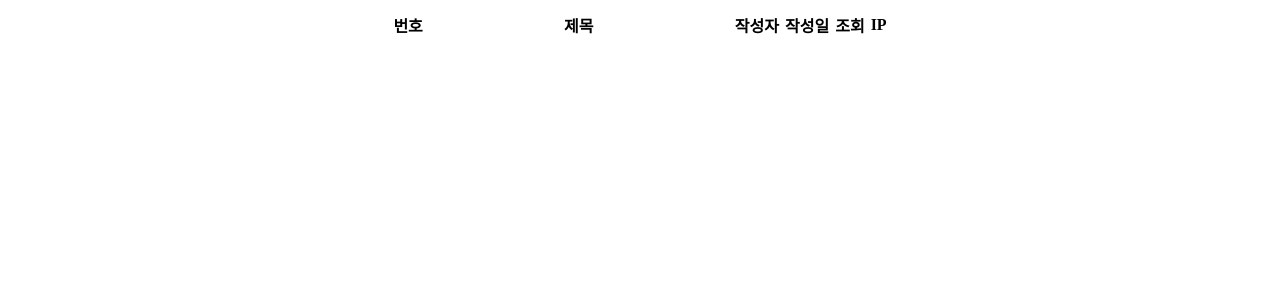
Repository: dlswn666/SpringStudy
Page: http://localhost/boardMVC/list.jsp
An editor plug-in stored every save of this project. The page is shown before and after the next save, followed by the edit.
The browser window is 1280 px wide. The pictures show the whole page.
The page is served by Tomcat 9. Nobody is signed in. The application's start-up code is not run. Other server files are loaded and not shown.

Above is the page before, as saved 2021-02-27 08:30:10.

### boardMVC/WebContent/list.jsp
<%@ page language="java" contentType="text/html; charset=UTF-8"
    pageEncoding="UTF-8"%>
<!DOCTYPE html>
<html>
<head>
<meta charset="UTF-8">
<title>글 목록</title>
</head>
<body>

	<div align="center">
	<form action="" method=""></form>
		<table border="1" bordercolor="white">
			<tr backgroundcolor="green">
				<th>번호</th>
				<th width="300px">제목</th>
				<th>작성자</th>
				<th>작성일</th>
				<th>조회</th>
				<th>IP</th>
			</tr>



		</table>
	</div>

</body>
</html>

After the next save:
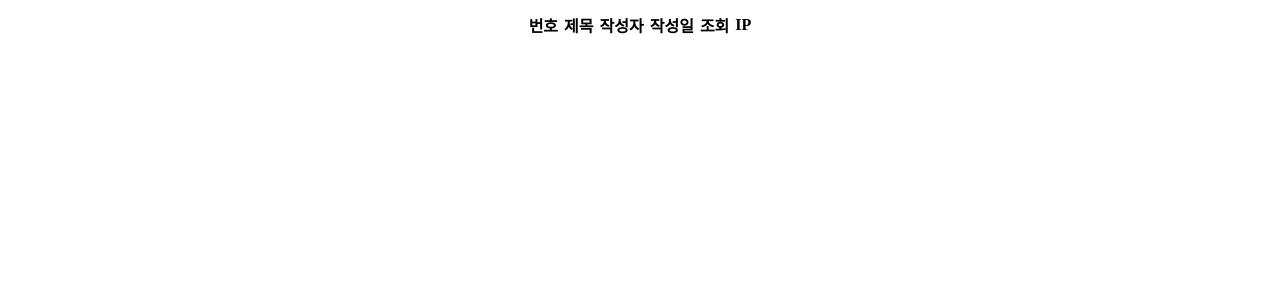
Saved 17 s later.
--- a/boardMVC/WebContent/list.jsp
+++ b/boardMVC/WebContent/list.jsp
@@ -13,7 +13,7 @@
 		<table border="1" bordercolor="white">
 			<tr backgroundcolor="green">
 				<th>번호</th>
-				<th width="300px">제목</th>
+				<th>제목</th>
 				<th>작성자</th>
 				<th>작성일</th>
 				<th>조회</th>
